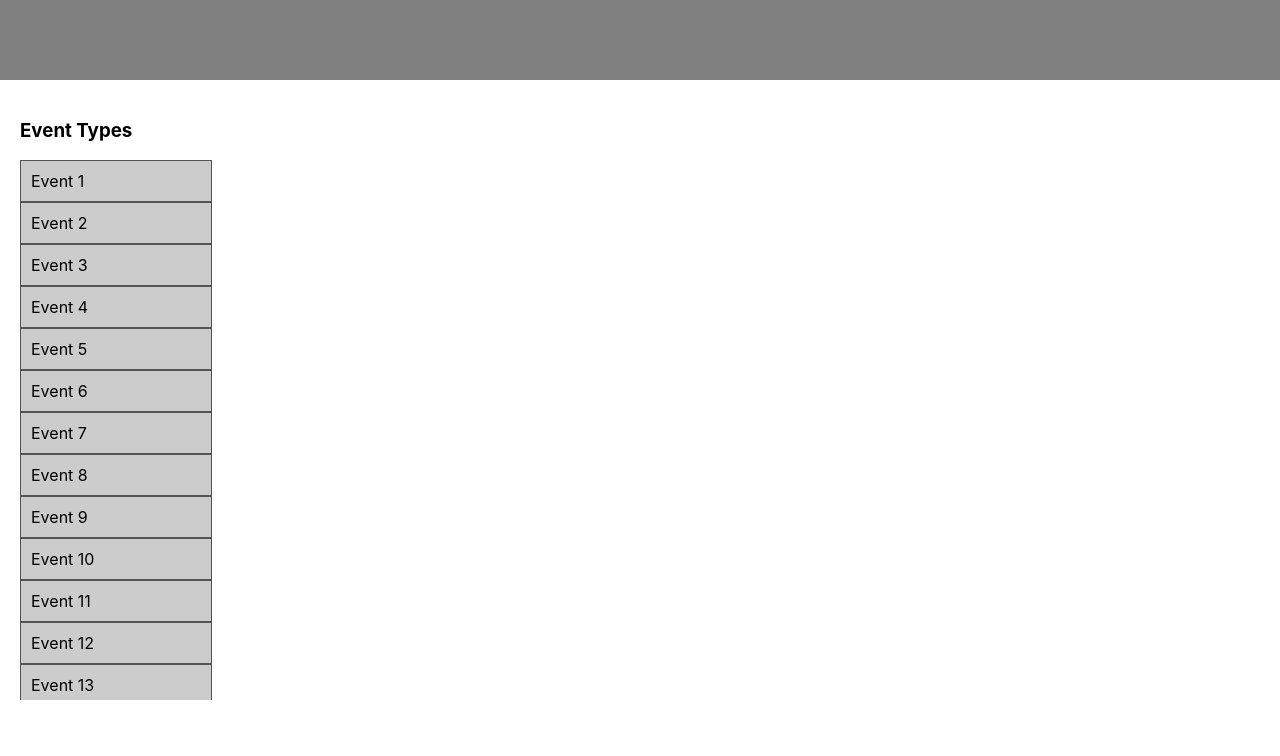
Repository: TauqeerHusain/Assignment
Page: /
The author's editor kept a copy of each file at every save. The page is drawn from the files as they stood at one save, then again after the next save.
The browser window is 1280 px wide. The pictures show the whole page.
The project was rebuilt for these pictures with package versions that can differ from the ones it lists, and the page was loaded fresh each time.

Above is the page before, as saved 2023-02-07 11:11:16.

After the next save:
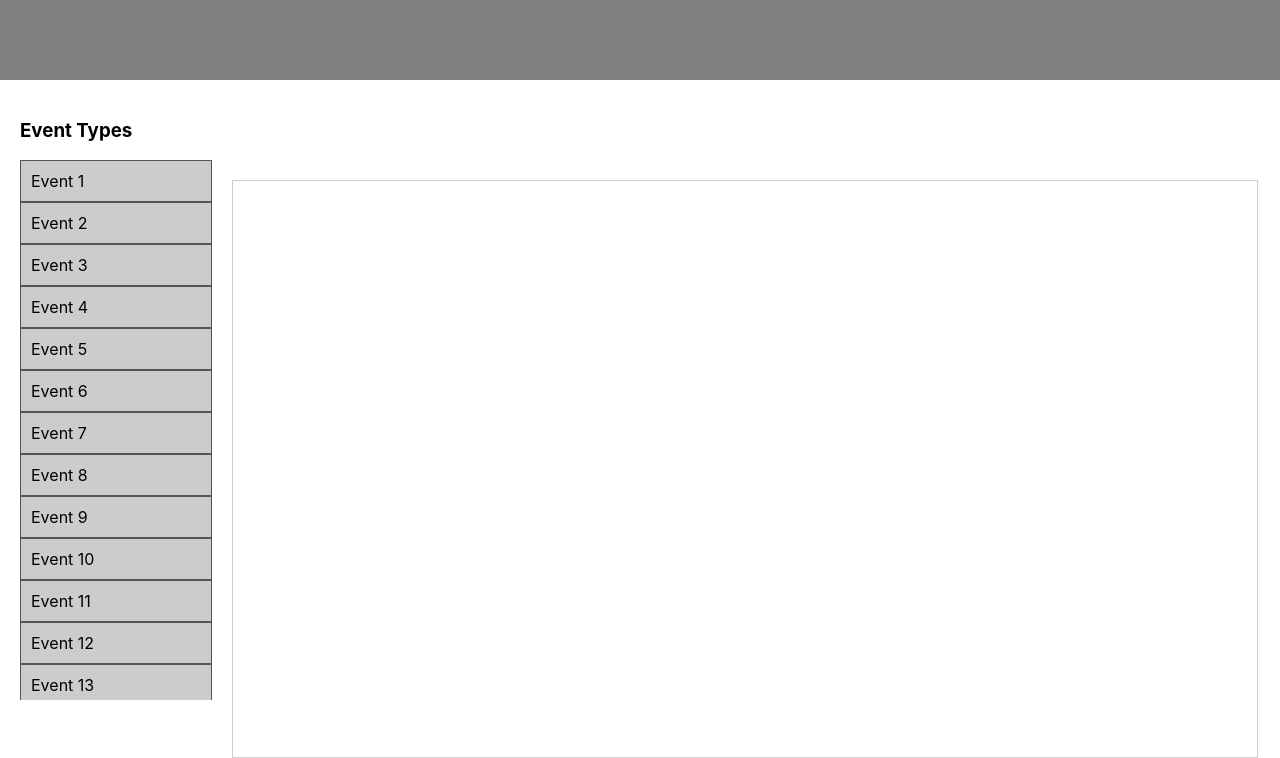
Saved 12 s later.
--- a/src/App.js
+++ b/src/App.js
@@ -571,6 +571,7 @@ const App = () => {
             height: "80vh",
             width: "80%",
             marginTop: 100,
+            border: "1px solid #ccc",
           }}
         >
           {selectedEvent &&
